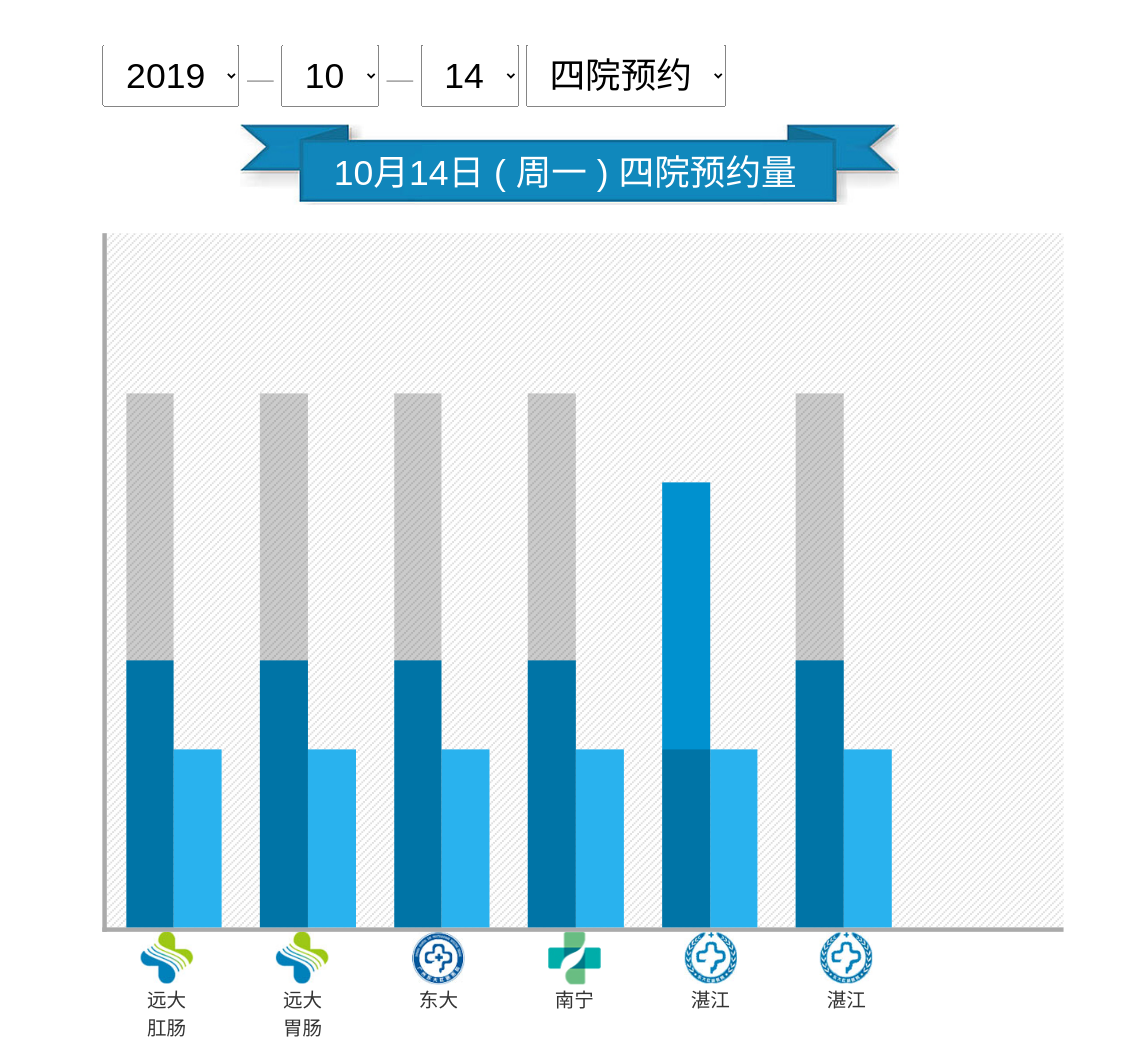
Repository: jerryyan/project
Page: http://localhost/m/index.php
These files come from the project's save history. The page is drawn as it stood at one moment and after the next save; the edit follows.
The browser window is 1280 px wide. The pictures show the whole page, at 89% of full size.
The page is run by PHP 8.4 with error messages shown; the project is at /var/www/html/. The session is filled in as if someone had signed in: {"name": "admin"}. Other server files are loaded and not shown.

Above is the page before, as saved 2019-10-14 16:21:42.

### m/index.php
<html>

<head>
    <meta http-equiv="Content-Type" content="text/html; charset=utf-8" />
    <link href="css/m.css" rel="stylesheet" type="text/css" />
    <script type="text/javascript" src="/js/jquery.min.js"></script>
    <script type="text/javascript" src="/js/moment.min.js"></script>
    <script type="text/javascript" src="/js/time.js"></script>
    <title>预约数据统计手机版</title>
</head>

<body>
    <div class="div1">
        <div class="time">
            <select class="year" id="birth_year" onchange="setDays(this, birth_month, birth_day);">
            </select>
            —
            <select class="month" id="birth_month" onchange="setDays(birth_year, this, birth_day);">
            </select>
            —
            <select class="day" id="birth_day">
            </select>
            <select name="" class="select" onchange="self.location.href = options[selectedIndex].value">
                <option value="index.php" selected>四院预约</option>
                <option value="jzchart.php">四院就诊</option>
                <option value="detail.php?type=szyd">远大</option>
                <option value="detail.php?type=gzdd">东大</option>
                <!--<option value="detail.php?type=gzma" >民安</option>-->
                <option value="detail.php?type=zjdd">湛江</option>
                <option value="detail.php?type=nngc">南宁肛肠</option>
                <option value="detail.php?type=nnwc">南宁胃肠</option>
                <option value="detail.php?type=szydwc">远大胃肠</option>
            </select>
        </div>

        <div class="title">
            <?php
            require_once 'islogin.php';
            $weekarray = array("日", "一", "二", "三", "四", "五", "六");
            $year = date('Y');
            $month = date('m');
            $day = date('d');
            $strDate = $month . "月" . $day . "日 " . "( 周" . $weekarray[date('w')] . " ) ";
            echo $strDate;
            ?>四院预约量
        </div>

        <ul class="num">
        </ul>
        <div class="table">
            <div class="yd">
                <div class="yd_1"><span></span></div>
                <div class="yd_2"><span></span></div>
                <div class="yd_3"><span></span></div>
            </div>
            <div class="yc">
                <div class="yc_1"><span></span></div>
                <div class="yc_2"><span></span></div>
                <div class="yc_3"><span></span></div>
            </div>
            <div class="dd">
                <div class="dd_1"><span></span></div>
                <div class="dd_2"><span></span></div>
                <div class="dd_3"><span></span></div>
            </div>
            <div class="ma">
                <div class="ma_1"><span></span></div>
                <div class="ma_2"><span></span></div>
                <div class="ma_3"><span></span></div>
            </div>
            <div class="zj">
                <div class="zj_1"><span></span></div>
                <div class="zj_2"><span></span></div>
                <div class="zj_3"><span></span></div>
            </div>
            <div class="ty">
                <div class="ty_1"><span></span></div>
                <div class="ty_2"><span></span></div>
                <div class="ty_3"><span></span></div>
            </div>
        </div>

        <div class="logo">
            <ul>
                <li><img src="/images/logo_yd.jpg">远大<br>肛肠</li>
                <li><img src="/images/logo_yd.jpg">远大<br>胃肠</li>
                <li><img src="/images/logo_dd.jpg">东大</li>
                <li><img src="/images/logo_nn.jpg">南宁</li>
                <li><img src="/images/logo_zj.jpg">湛江</li>
                <li><img src="/images/logo_zj.jpg">湛江</li>
            </ul>
        </div>
    </div>
</body>
<script src="/js/mobile.js"></script>
<script>
    $(function() {
        $(".year,.month,.day").change(function() {
            var y = $(".year option:selected").text();
            var m = $(".month option:selected").text();
            var d = $(".day option:selected").text();
            var datetime = y + "-" + m + "-" + d;
            getyySource(datetime);
        });
        getyySource();
        setInterval(setyySource, 40000);
    });
</script>

</html>

### m/islogin.php
<?php
session_start();
if ($_SESSION['name'] != 'admin') {
    header('Location:login.php');
    exit();
}

### m/getyyNum.php
<?php

require_once '../config.php';
if (!empty($_POST['datetime'])) {
    $date = $_POST['datetime'];
}
$startDate = $date . " 00:00:00";
$endDate = $date . " 23:59:59";
$zjdd_sql = "select department,ts,awr,convert(varchar(10),ts,108) as tstime from info_appointment where department not like '%未预约%' and dr=0 and ts >='{$startDate}' and ts<='{$endDate}'";
$nndd_sql = "select department,ts,awr,convert(varchar(10),ts,108) as tstime from info_appointment where (department not like '%未预约%' and department not like '%耳鼻喉科%') and  dr=0 and sourceType !='自然门诊' and symptom !='体检'  and ts >='{$startDate}' and ts<='{$endDate}'";
$szyd_sql = "select department,ts,awr,convert(varchar(10),ts,108) as tstime from info_appointment where department like '%肛%' and  gn not like '%胃肠%'and dr=0 and media in ('360','82348232','QQ','qq','百度','百度糯米','百度商桥','个人微信','回访组回访','快排','神马','搜狗','网络电话','网络其它','网站后台预约','手机网','SOGU','SOSO','谷歌','商务通转Q','商务通转电话','胃肠电话') and ts >='{$startDate}' and ts<='{$endDate}'";
$szty_sql = "select department,ts,awr,convert(varchar(10),ts,108) as tstime from info_appointment where department not like '%未预约%' and dr=0 and ts >='{$startDate}' and ts<='{$endDate}'";
$szydwc_sql = "select department,ts,awr,convert(varchar(10),ts,108) as tstime from info_appointment where department  not like '%未预约%' and dr=0 and  gn like '%胃肠%' and media in ('360','82348232','QQ','qq','百度','百度糯米','百度商桥','个人微信','回访组回访','快排','神马','搜狗','网络电话','网络其它','网站后台预约','手机网','SOGU','SOSO','谷歌','商务通转Q','商务通转电话','胃肠电话') and ts >='{$startDate}' and ts<='{$endDate}'";
$gzdd_sql = "select department,ts,awr,convert(varchar(10),ts,108) as tstime from info_appointment where department not like '%未预约%' and dr=0  and ts >='{$startDate}' and ts<='{$endDate}'";
$zjdd_yy_row = get_fetchAll_assoc($zjdd, $zjdd_sql);
$zjdd_yyNum = getAllNum($zjdd_yy_row, $date);

$nndd_yy_row = get_fetchAll_assoc($nndd, $nndd_sql);
$nndd_yyNum = getAllNum($nndd_yy_row, $date);

$szyd_yy_row = get_fetchAll_assoc($szyd, $szyd_sql);
$szyd_yyNum = getAllNum($szyd_yy_row, $date);

$szty_yy_row = get_fetchAll_assoc($szty, $szty_sql);
$szty_yyNum = getAllNum($szty_yy_row, $date);


$szydwc_yy_row = get_fetchAll_assoc($szyd, $szydwc_sql);
$szydwc_yyNum = getAllNum($szydwc_yy_row, $date);

$gzdd_yy_row = get_fetchAll_assoc($gzdd, $gzdd_sql);
$gzdd_yyNum = getAllNum($gzdd_yy_row, $date);

$data = array();
$data['zjdd_yyNum'] = $zjdd_yyNum;
$data['nndd_yyNum'] = $nndd_yyNum;
$data['szyd_yyNum'] = $szyd_yyNum;
$data['szty_yyNum'] = $szty_yyNum;
$data['szydwc_yyNum'] = $szydwc_yyNum;
$data['gzdd_yyNum'] = $gzdd_yyNum;
echo json_encode($data);

### config.php
<?php

try {
    $username = "sa";
    $pwd = "OYr%ZbxNY#!V*T0O";
    $dsn1 = "sqlsrv:Server=120.25.95.93;database=iSoftZJDD";
    // $dsn2 = "sqlsrv:Server=120.25.95.93;database=iSoftGZMA";
    $dsn3 = "sqlsrv:Server=120.25.95.93;database=iSoftSZYD";
    $dsn4 = "sqlsrv:Server=120.25.95.93;database=XL_new_reservation";
    $dsn5 = "sqlsrv:Server=120.25.95.93;database=iSoftNNDD";
    $dsn7 = "sqlsrv:Server=120.25.95.93;database=iSoftSZTY";
    $dsn6 = "mysql:host=localhost;dbname=project";
    $date = date("Y-m-d");
    //  $date = "2016-03-28";
    //    $username = "sa";
    //    $pwd = "123456";
    //    $dsn1 = "sqlsrv:Server=192.168.3.143\SQLEXPRESS;database=iSoftZJDD";
    //    $dsn2 = "sqlsrv:Server=192.168.3.143\SQLEXPRESS;database=iSoftGZMA";
    //    $dsn3 = "sqlsrv:Server=192.168.3.143\SQLEXPRESS;database=iSoftSZYD";
    $zjdd = new PDO($dsn1, $username, $pwd);
    //$gzma = new PDO($dsn2, $username, $pwd);
    $szyd = new PDO($dsn3, $username, $pwd);
    $gzdd = new PDO($dsn4, $username, $pwd);
    $nndd = new PDO($dsn5, $username, $pwd);
    $szty = new PDO($dsn7, $username, $pwd);
    $project = new PDO($dsn6, 'root', 'root');
} catch (PDOException $e) {
    echo "Failed to get DB handle: " . $e->getMessage() . "\n";
    exit;
}

/**
 *
 * @param string $db
 * @param string $sql
 * @return string $row
 */
function get_fetchAll_assoc($db, $sql)
{
    $result = $db->query($sql);
    $row = $result->fetchAll(PDO::FETCH_ASSOC);
    return $row;
}
/**
 *
 *插入单条数据到数据库
 * @param string $db
 * @param string $sql
 * @return string $res
 */
function insert($db, $sql)
{
    $db->setAttribute(PDO::ATTR_ERRMODE, PDO::ERRMODE_EXCEPTION);
    $res = $db->exec($sql);
    return $res;
}

/**
 * 获取客户端IP
 */
function getClientIp()
{
    $ip = 'unknown';
    $unknown = 'unknown';

    if (isset($_SERVER['HTTP_X_FORWARDED_FOR']) && $_SERVER['HTTP_X_FORWARDED_FOR'] && strcasecmp($_SERVER['HTTP_X_FORWARDED_FOR'], $unknown)) {
        // 使用透明代理、欺骗性代理的情况
        $ip = $_SERVER['HTTP_X_FORWARDED_FOR'];
    } elseif (isset($_SERVER['REMOTE_ADDR']) && $_SERVER['REMOTE_ADDR'] && strcasecmp($_SERVER['REMOTE_ADDR'], $unknown)) {
        // 没有代理、使用普通匿名代理和高匿代理的情况
        $ip = $_SERVER['REMOTE_ADDR'];
    }

    // 处理多层代理的情况
    if (strpos($ip, ',') !== false) {
        // 输出第一个IP
        $ip = reset(explode(',', $ip));
    }

    return $ip;
}

function get_fetchAll_row($db, $sql)
{
    $result = $db->query($sql);
    $row = $result->fetch(PDO::FETCH_ASSOC);
    return $row['number'];
}

//获取大夜班，早班和晚班的预约人数
function getAllNum($row)
{
    $dayeStart = "00:00:00";
    $zaoStart = "08:00:00";
    $wanStart = "16:00:00";
    $wanEnd = "24:00:00";
    $dayeArr = $zaoArr = $wanArr = array();
    foreach ($row as $v) {
        if ($v['tstime'] >= $dayeStart && $v['tstime'] < $zaoStart) {
            $dayeArr[] = $v;
        }
        if ($v['tstime'] >= $zaoStart && $v['tstime'] < $wanStart) {
            $zaoArr[] = $v;
        }
        if ($v['tstime'] >= $wanStart && $v['tstime'] < $wanEnd) {
            $wanArr[] = $v;
        }
    }
    $arrNum = array();
    $arrNum['dayeNum'] = count($dayeArr);
    $arrNum['zaoNum'] = count($zaoArr);
    $arrNum['wanNum'] = count($wanArr);
    $arrNum['totalNum'] = count($row);
    $arrNum['workNum'] = getWorkNum($arrNum);
    return $arrNum;
}

function getWorkNum($data)
{
    $nowtime = date("H:i:s");
    $dayeStart = "00:00:00";
    $zaoStart = "08:00:00";
    $wanStart = "16:00:00";
    $wanEnd = "24:00:00";

    if ($nowtime > $dayeStart && $nowtime < $zaoStart) {
        $workNum = $data['dayeNum'];
    }
    if ($nowtime > $zaoStart && $nowtime <= $wanStart) {
        $workNum = $data['zaoNum'];
    }
    if ($nowtime > $wanStart && $nowtime < $wanEnd) {
        $workNum = $data['wanNum'];
    }
    return $workNum;
}

//排序
function my_sort($a, $b)
{
    if ($a['nums'] == $b['nums']) {
        return 0;
    }
    return ($a['nums'] > $b['nums']) ? -1 : 1;
}

//排序
function ts_sort($a, $b)
{
    if ($a['tstime'] == $b['tstime']) {
        return 0;
    }
    return ($a['tstime'] < $b['tstime']) ? -1 : 1;
}

### m/css/m.css
@charset "utf-8";

body {
    margin: 0px;
    padding: 0px;
    font-family: "微软雅黑", "宋体", arial;
    color: #333;
}

div,
dl,
dt,
dd,
ul,
ol,
li,
h1,
h2,
h3,
h4,
h5,
h6,
pre,
form,
input,
label,
select,
option,
textarea,
button,
p,
span {
    margin: 0;
    padding: 0;
}

img {
    border: 0;
    vertical-align: top;
    font-size: 0;
    line-height: 0;
    overflow: hidden;
}

ul,
li,
ol,
ul {
    list-style: none;
}


.dis {
    display: none
}

.left {
    float: left
}

.right {
    float: right
}

.clear {
    clear: both;
}

.time {
    clear: both;
    margin-left: 9%;
    width: 84%;
    font-size: 30px;
    color: #aaa;
    margin-top: 50px;
}

.time select {
    padding: 1% 2%;
    margin: 0 0% 0 0;
    font-size: 40px;
}

.time select:last-child {
    margin: 0;
}

.year {}

.month {}

.day {}

.title {
    font-size: 40px;
    text-align: center;
    height: 100px;
    padding-top: 42px;
    width: 100%;
    background: url(../images/title.jpg) center 20px no-repeat;
    color: #fff;
    text-indent: -10px;
}

.num {
    float: left;
    width: 9%;
    text-align: right;
    padding-top: 5px;
}

.num li {
    height: 40px;
    padding-right: 15px
}

.logo {
    clear: both;
    font-size: 22px;
    margin-left: 2%;
    padding-left: 8%;
    width: 77%;
    height: 100px;
}

.logo li {
    float: left;
    margin-right: 6.5%;
    padding-left: 3%;
    width: 6%;
    height: 100px;
    background-repeat: no-repeat;
    background-position: 10px 5px;
    text-align: center;
}

.logo li img {
    width: 100%;
    display: block;
}

.logo li:last-child {
    margin: 0;
}

.table {
    float: left;
    width: 84%;
    height: 780px;
    background: url(../images/bg.jpg);
    border-left: solid 5px #aaa;
    border-bottom: solid 5px #aaa;
    position: relative;
}

.table div {
    float: left;
}

.table div span {
    position: absolute;
    bottom: 0;
    left: 15%;
}

.yd div,
.dd div,
.ma div,
.zj div,
.yc div {
    position: absolute;
    float: left;
    width: 5%;
    bottom: 0;
    font-size: 24px;
}

.yd_1,
.dd_1,
.ma_1,
.zj_1,
.ty_1,
.yc_1 {
    background: #0091cf;
    z-index: 1;
    height: 300px;
}

.yd_2,
.dd_2,
.ma_2,
.zj_2,
.ty_2,
.yc_2 {
    background: #29b2ee;
    margin-left: 5%;
    height: 200px;
}

.yd_3,
.dd_3,
.ma_3,
.zj_3,
.ty_3,
.yc_3 {
    background: rgba(0, 0, 0, 0.20);
    height: 600px;
    z-index: 2;
}

.table div .yd_3 span,
.table div .dd_3 span,
.table div .ma_3 span,
.table div .ty_3 span,
.table div .zj_3 span,
.table div .yc_3 span {
    margin-top: -80px;
    margin-bottom: 0;
    display: block;
    position: relative;
    z-index: 3
}

.zj_3 {
    height: 200px;
}

.zj_1 {
    height: 500px;
}

span {
    width: 120px;
    margin-left: -47px;
    margin-bottom: 50px;
    -webkit-transform: rotate(270deg);
    -moz-transform: rotate(270deg);
    -o-transform: rotate(270deg);
}

.yd {
    margin-left: 2%;
}

.yc {
    margin-left: 16%;
}

.dd {
    margin-left: 30%;
}

.ma {
    margin-left: 44%;
}

.zj {
    margin-left: 58%;
}

/* up0date */
.ty{
    margin-left:72%
}
.ty_1 {
    position: absolute;
    float: left;
    width: 5%;
    bottom: 0;
    font-size: 24px;
    background: #0091cf;
    z-index: 1;
}

.ty_2{
    position: absolute;
    float: left;
    width: 5%;
    bottom: 0;
    font-size: 24px;
    background: #29b2ee;
    margin-left: 5%;
}
.ty_3{
    position: absolute;
    float: left;
    width: 5%;
    bottom: 0;
    font-size: 24px;
    background: rgba(0, 0, 0, 0.20);
    z-index: 2;
}


table {
    background: #aaa;
    text-align: center;
    float: left;
    font-size: 30px;
    margin: 0 0 0 9%
}

table td {
    background: #fff;
    height: 80px;
    vertical-align: central;
}

.div2 .time {
    margin: 0 0 0 73px;
    height: 100px;
}



/*.nav{width:720px; height:100px; padding:10px 0 0 40px; z-index:10; margin-top:40px}
.nav li{ float:left; background:#239ccf; width:149px; text-align:center; height:70px; line-height:70px; margin:0 5px; color:#fff; font-size:28px;}
.nav li.current{ background:#15759e}
*/

### js/time.js
$(document).ready(function () {
    var myDate = new Date();
    var year = myDate.getFullYear();//获取完整的年份(4位,1970-????)
    var month = myDate.getMonth();//获取当前月份(0-11,0代表1月)
    var day = myDate.getDate();//获取当前日(1-31)
    var i = 0;
    // 添加年份
    for (i = 2016; i <= 2026; i++) {
        addOption(birth_year, i, i);
        if (i == year) {
            birth_year.options[year - 2016].selected = true;
        }
    }
    // 添加月份
    for (i = 1; i <= 12; i++) {
        if (i < 10) {
            i = '0' + i;
        }
        addOption(birth_month, i, i);
        if (i == month + 1) {
            birth_month.options[month].selected = true;
        }
    }
    // 添加天份，先默认31天
    for (i = 1; i <= 31; i++) {
        if (i < 10) {
            i = '0' + i;
        }
        addOption(birth_day, i, i);
        if (i == day) {
            birth_day.options[day - 1].selected = true;
        }
    }
    //$("#birth_month"). birth_year  birth_day
});


// 设置每个月份的天数
function setDays(year, month, day) {
    var monthDays = [31, 28, 31, 30, 31, 30, 31, 31, 30, 31, 30, 31];
    var yea = year.options[year.selectedIndex].text;
    var mon = month.options[month.selectedIndex].text;
    var num = monthDays[mon - 1];
    if (mon == 2 && isLeapYear(yea)) {
        num++;
    }
    for (var j = day.options.length - 1; j >= num; j--) {
        day.remove(j);
    }
    for (var i = day.options.length+1; i <= num; i++) {
        addOption(birth_day, i, i);
    }

}

// 判断是否闰年
function isLeapYear(year)
{
    return (year % 4 == 0 || (year % 100 == 0 && year % 400 == 0));
}

// 向select尾部添加option
function addOption(selectbox, text, value) {
    var option = document.createElement("option");
    option.text = text;
    option.value = value;
    selectbox.options.add(option);
}

Loaded but not shown: js/jquery.min.js (library); js/moment.min.js (library); js/mobile.js (314 lines, source omitted)

After the next save:
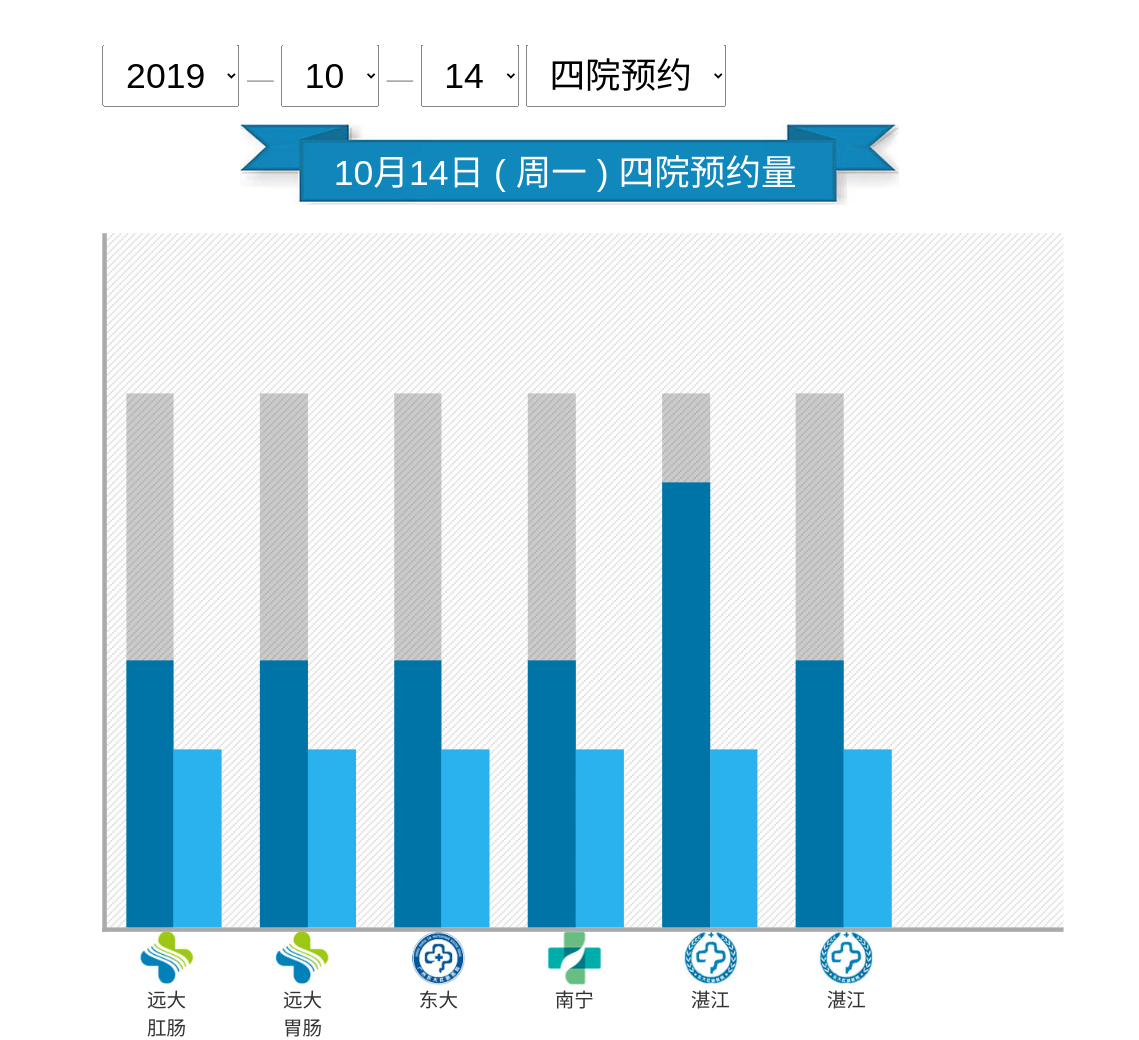
Saved 73 s later.
--- a/m/css/m.css
+++ b/m/css/m.css
@@ -222,7 +222,7 @@ ul {
 }
 
 .zj_3 {
-    height: 200px;
+    /* height: 200px; */
 }
 
 .zj_1 {
